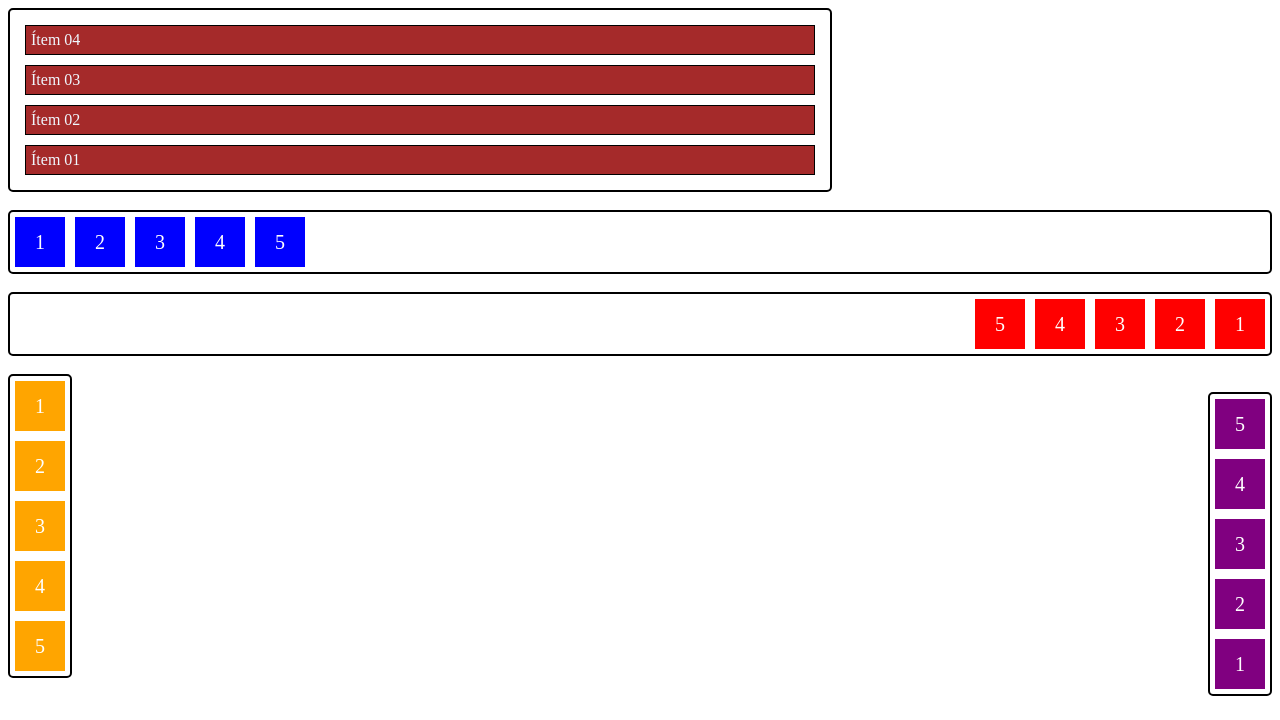
Repository: ozielms/flexbox
Page: outros/flexbox-master/index.html
The author's editor kept a copy of each file at every save. The page is drawn from the files as they stood at one save, then again after the next save.
The browser window is 1280 px wide. The pictures show the whole page.

Above is the page before, as saved 2022-04-25 23:54:21.

### outros/flexbox-master/index.html
<!DOCTYPE html>
<html lang="en">

<head>
    <meta charset="UTF-8">
    <meta http-equiv="X-UA-Compatible" content="IE=edge">
    <meta name="viewport" content="width=device-width, initial-scale=1.0">
    <title>Flexbox</title>

    <link rel="stylesheet" href="css/estilo.css">
</head>

<body>

    <div class="pai">
        <div class="filho filho1">Ítem 01</div>
        <div class="filho filho2">Ítem 02</div>
        <div class="filho filho3">Ítem 03</div>
        <div class="filho filho4">Ítem 04</div>
    </div>

    <br>

    <ul class="flex-container row">
        <li class="flex-item">1</li>
        <li class="flex-item">2</li>
        <li class="flex-item">3</li>
        <li class="flex-item">4</li>
        <li class="flex-item">5</li>
    </ul>

    <br>

    <ul class="flex-container row-reverse">
        <li class="flex-item">1</li>
        <li class="flex-item">2</li>
        <li class="flex-item">3</li>
        <li class="flex-item">4</li>
        <li class="flex-item">5</li>
    </ul>

    <br>

    <ul class="flex-container colunm">
        <li class="flex-item">1</li>
        <li class="flex-item">2</li>
        <li class="flex-item">3</li>
        <li class="flex-item">4</li>
        <li class="flex-item">5</li>
    </ul>

    <br>

    <ul class="flex-container colunm-reverse">
        <li class="flex-item">1</li>
        <li class="flex-item">2</li>
        <li class="flex-item">3</li>
        <li class="flex-item">4</li>
        <li class="flex-item">5</li>
    </ul>

    <br>


</body>

</html>

### outros/flexbox-master/css/estilo.css
/* -------- FLEXBOX -------- */

.pai {
    max-width: 800px;
    padding: 10px;
    border: 2px solid black;
    border-radius: 5px;
    /* FLEXBOX */
    display: flex;
    flex-direction: column-reverse;
}

.filho {
    background-color: brown;
    color: aliceblue;
    padding: 5px;
    border: 1px solid black;
    margin: 5px;
}


/* -------- FLEXBOX - FLEX CONTAINER -------- */

.flex-container {
    margin: 0;
    padding: 0;
    display: flex;
    list-style: none;
}

.flex-item {
    background: blue;
    height: 50px;
    width: 50px;
    line-height: 50px;
    font-size: 20px;
    color: white;
    text-align: center;
    margin: 5px;
}


/* -------- FLEXBOX - FLEX ROW -------- */

.row {
    border: 2px solid black;
    border-radius: 5px;
    flex-direction: row;
}

.row-reverse {
    border: 2px solid black;
    border-radius: 5px;
    flex-direction: row-reverse;
}

.row-reverse li {
    background-color: red;
}


/* -------- FLEXBOX - FLEX COLUNM -------- */

.colunm {
    border: 2px solid black;
    border-radius: 5px;
    float: left;
    flex-direction: column;
}

.colunm li {
    background-color: orange;
}

.colunm-reverse {
    border: 2px solid black;
    border-radius: 5px;
    float: right;
    flex-direction: column-reverse;
}

.colunm-reverse li {
    background-color: purple;
}


/* -------- FLEXBOX - FLEX WRAP -------- */

After the next save:
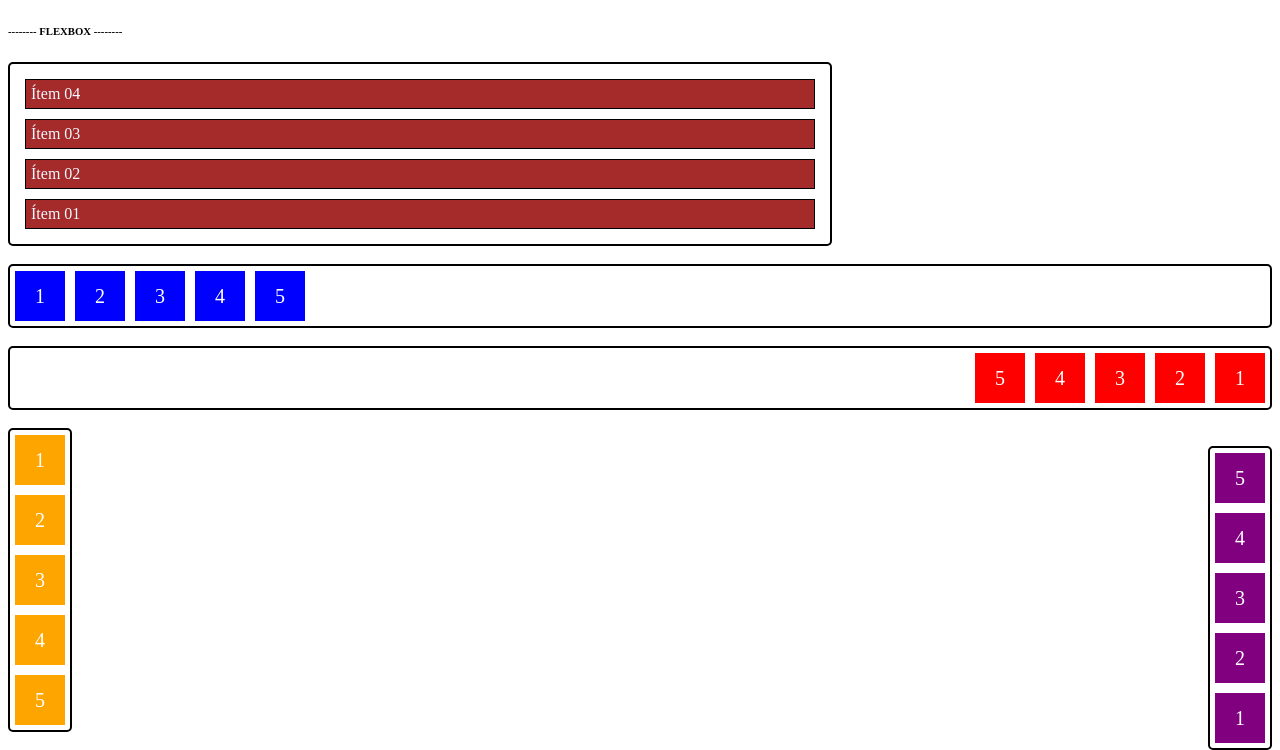
Saved 55 s later.
--- a/outros/flexbox-master/index.html
+++ b/outros/flexbox-master/index.html
@@ -12,6 +12,7 @@
 
 <body>
 
+    <h6>-------- FLEXBOX --------</h6>
     <div class="pai">
         <div class="filho filho1">Ítem 01</div>
         <div class="filho filho2">Ítem 02</div>
